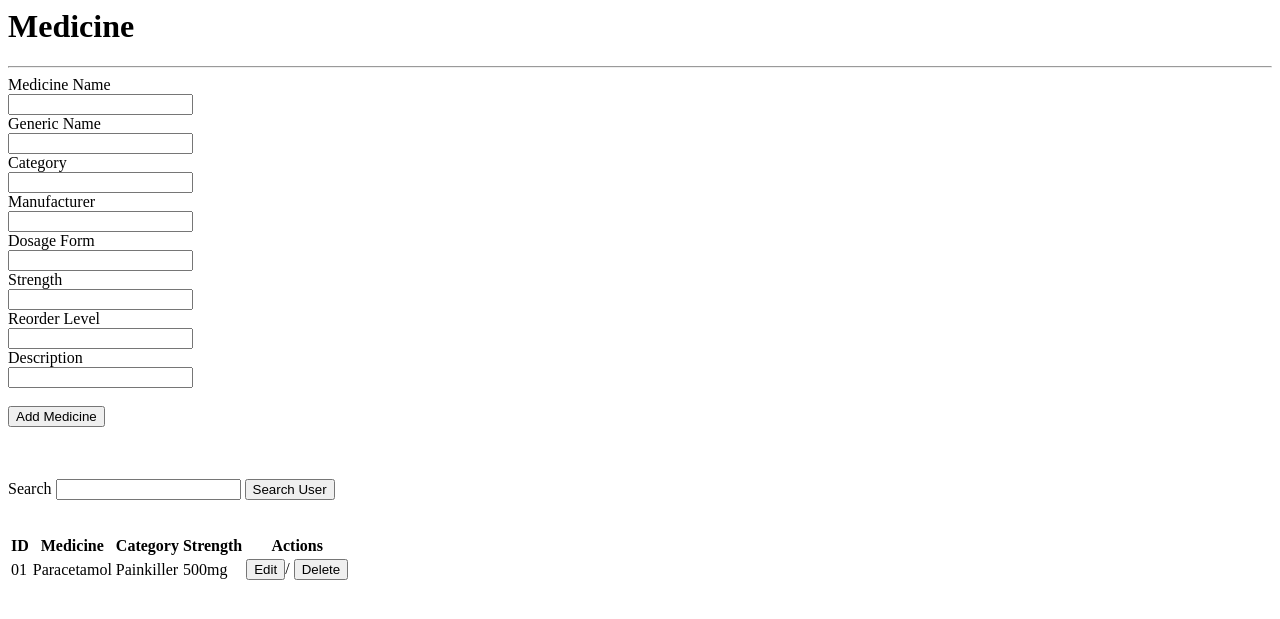
Repository: AbHiShEk200428/Medicine-Manager
Page: medicine_management.html
The author's editor kept a copy of each file at every save. The page is drawn from the files as they stood at one save, then again after the next save.
The browser window is 1280 px wide. The pictures show the whole page.

Above is the page before, as saved 2026-10-28 17:39:02.
Console error: ReferenceError: $ is not defined

### medicine_management.html

    <h1 id="Menubar_Call">Medicine</h1>
<hr>
    <form action="medicine_management.html" id="medicine_form">

    <div class="Form_sections">
        <label for="Add_Medname">Medicine Name</label><br>
        <input type="text" id="Add_Medname">
    </div>

    <div class="Form_sections">
        <label for="Add_Genname">Generic Name</label><br>
        <input type="text" id="Add_Genname">
    </div >

    <div class="Form_sections">
        <label for="Add_Category">Category</label><br>
        <input type="text" id="Add_Category">
    </div>

    <div class="Form_sections">
        <label for="Add_Manufacturer">Manufacturer</label><br>
        <input type="text" id="Add_Manufacturer">
    </div>

    <div class="Form_sections">
        <label for="Add_Dosage">Dosage Form</label><br>
        <input type="text" id="Add_Dosage">
    </div>

    <div class="Form_sections">
        <label for="Add_Strength">Strength</label><br>
        <input type="text" id="Add_Strength">
    </div>

    <div class="Form_sections">
        <label for="Add_ReorderLvL">Reorder Level</label><br>
        <input type="text" id="Add_ReorderLvL">
    </div>

    <div class="Form_sections">
        <label for="Add_Description">Description</label><br>
        <input type="text" id="Add_Description">
    </div>
<br>
    <button id="AddMed_Btn">Add Medicine</button>
    <p id="Medicine_validity"></p>
    </form>
<br>
<br>
<label for="Search_input">Search</label>
<input type="text" id="Search_input">
<button id="Search_Btn">Search User</button>
<p id="Search_validity"></p>

<br>
<table id="Medicine_table">
    <thead>
    <tr >
        <th>ID</th>
        <th>Medicine</th>
        <th>Category</th>
        <th>Strength</th>
        <th>Actions</th>
    </tr>
    </thead>
    <tbody>
        <tr>
        <td>01</td>
        <td>Paracetamol</td>
        <td>Painkiller</td>
        <td>500mg</td>
        <td><button>Edit</button>/ <button>Delete</button></td>
    </tr>
    </tbody>


</table>


<script>

$(document).ready(function(){
    let Medicine_ID=2;
    $("#AddMed_Btn").click(function(e){
        e.preventDefault();

        let MedName= document.getElementById("Add_Medname").value;
        let GenName=document.getElementById("Add_Genname").value;
        let Category= document.getElementById("Add_Category").value;
        let Manufacturer= document.getElementById("Add_Manufacturer").value;
        let Dosage= document.getElementById("Add_Dosage").value;
        let Strength= document.getElementById("Add_Strength").value;
        let Reorder= document.getElementById("Add_ReorderLvL").value;
        let Description= document.getElementById("Add_Description").value;
        var new_row=`
            <tr>
            <td>${Medicine_ID}</td>
            <td>${MedName}</td>
            <td>${Category}</td>
            <td>${Strength}</td>
            <td><button>Edit</button>/ <button>Delete</button></td>
            </tr>`;

        let Medicine_validity=document.getElementById("Medicine_validity");

    if(MedName==""||MedName==null){
        Medicine_validity.textContent="Medicine name cant be empty";
    }
    else if(GenName==""||GenName==null){
        Medicine_validity.textContent="Generic name is required";

    }

    else if(Category==""||Category==null){
        Medicine_validity.textContent="Category is required";

    }
    else if(Manufacturer==""||Manufacturer==null){
        Medicine_validity.textContent="Manufacturer is required";

    }
    else if(Dosage==""||Dosage==null){
         Medicine_validity.textContent="Dosage is required";

    }
    else if(Strength==""||Strength==null){
         Medicine_validity.textContent="Strength is required";

    }
    else if(Reorder==""||Reorder==null){
        Medicine_validity.textContent="Reorder is required";

    }
    else if(Description==""||Description==null){
        Medicine_validity.textContent="Description is required";

    }

    else{
        $("#Medicine_table tbody").append(new_row);//Add new table row
        Medicine_ID++; //Increment ID
        //Reset input field=
        MedName= document.getElementById("Add_Medname").value="";
        GenName=document.getElementById("Add_Genname").value="";
        Category= document.getElementById("Add_Category").value="";
        Manufacturer= document.getElementById("Add_Manufacturer").value="";
        Dosage= document.getElementById("Add_Dosage").value="";
        Strength= document.getElementById("Add_Strength").value="";
        Reorder= document.getElementById("Add_ReorderLvL").value="";
        Description= document.getElementById("Add_Description").value="";
    }
    });

    $("#Search_Btn").click(function(e){
            e.preventDefault();
        let Search_input=document.getElementById("Search_input").value;
        Search_input=Search_input.toLowerCase();
        if(Search_input==""||Search_input==null){
            $("#Search_validity").text("Enter in search input");
        }

            $("#Medicine_table tbody tr").each(function(){

                let row_search=$(this).text().toLowerCase();

                if(row_search.includes(Search_input)){
                    $(this).show();
                }
                else{
                    $(this).hide();
                }
            });

        });


});

</script>

After the next save:
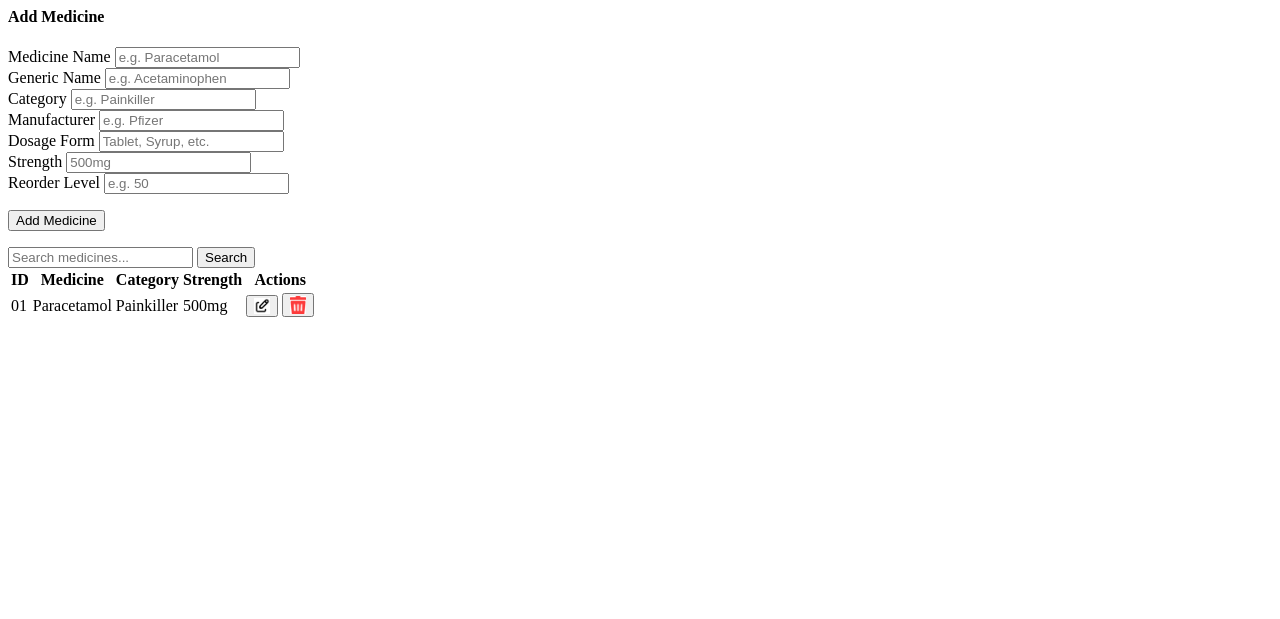
Saved 76 s later.
--- a/medicine_management.html
+++ b/medicine_management.html
@@ -1,82 +1,79 @@
+<div class="container py-3">
+    <div class="card p-4 shadow-sm mb-4">
+        <h4 class="mb-3 text-primary">Add Medicine</h4>
+        <form id="medicine_form">
+            <div class="row g-3">
+                <div class="col-md-6">
+                    <label for="Add_Medname" class="form-label fw-semibold">Medicine Name</label>
+                    <input type="text" class="form-control focus-ring" id="Add_Medname" placeholder="e.g. Paracetamol">
+                </div>
+                <div class="col-md-6">
+                    <label for="Add_Genname" class="form-label fw-semibold">Generic Name</label>
+                    <input type="text" class="form-control focus-ring" id="Add_Genname" placeholder="e.g. Acetaminophen">
+                </div>
+                <div class="col-md-4">
+                    <label for="Add_Category" class="form-label fw-semibold">Category</label>
+                    <input type="text" class="form-control focus-ring" id="Add_Category" placeholder="e.g. Painkiller">
+                </div>
+                <div class="col-md-4">
+                    <label for="Add_Manufacturer" class="form-label fw-semibold">Manufacturer</label>
+                    <input type="text" class="form-control focus-ring" id="Add_Manufacturer" placeholder="e.g. Pfizer">
+                </div>
+                <div class="col-md-4">
+                    <label for="Add_Dosage" class="form-label fw-semibold">Dosage Form</label>
+                    <input type="text" class="form-control focus-ring" id="Add_Dosage" placeholder="Tablet, Syrup, etc.">
+                </div>
+                <div class="col-md-6">
+                    <label for="Add_Strength" class="form-label fw-semibold">Strength</label>
+                    <input type="text" class="form-control focus-ring" id="Add_Strength" placeholder="500mg">
+                </div>
+                <div class="col-md-6">
+                    <label for="Add_ReorderLvL" class="form-label fw-semibold">Reorder Level</label>
+                    <input type="number" class="form-control focus-ring" id="Add_ReorderLvL" placeholder="e.g. 50">
+                </div>
+            </div>
 
-    <h1 id="Menubar_Call">Medicine</h1>
-<hr>
-    <form action="medicine_management.html" id="medicine_form">
+            <p id="Medicine_validity" class="text-danger small mt-2 mb-3 text-center"></p>
 
-    <div class="Form_sections">
-        <label for="Add_Medname">Medicine Name</label><br>
-        <input type="text" id="Add_Medname">
+            <div class="d-grid gap-2 col-md-6 mx-auto">
+                <button type="button" class="btn btn-primary rounded-pill" id="AddMed_Btn">Add Medicine</button>
+            </div>
+        </form>
     </div>
 
-    <div class="Form_sections">
-        <label for="Add_Genname">Generic Name</label><br>
-        <input type="text" id="Add_Genname">
-    </div >
-
-    <div class="Form_sections">
-        <label for="Add_Category">Category</label><br>
-        <input type="text" id="Add_Category">
+    <!-- Search Box -->
+    <div class="input-group mb-4 col-md-6 mx-auto">
+        <input type="search" id="med_search_input" class="form-control form-control-lg focus-ring" placeholder="Search medicines...">
+        <button id="med_search_btn" class="btn btn-info">Search</button>
     </div>
 
-    <div class="Form_sections">
-        <label for="Add_Manufacturer">Manufacturer</label><br>
-        <input type="text" id="Add_Manufacturer">
+    <!-- Table -->
+    <div class="table-responsive">
+        <table id="Medicine_table" class="table table-hover text-center text-nowrap table-bordered align-middle">
+            <thead class="table-dark">
+                <tr>
+                    <th scope="col">ID</th>
+                    <th scope="col">Medicine</th>
+                    <th scope="col">Category</th>
+                    <th scope="col">Strength</th>
+                    <th scope="col">Actions</th>
+                </tr>
+            </thead>
+            <tbody>
+                <tr>
+                    <td>01</td>
+                    <td>Paracetamol</td>
+                    <td>Painkiller</td>
+                    <td>500mg</td>
+                    <td>
+                        <button class="btn btn-sm btn-light border"><img src="images/edit.png" width="16" /></button>
+                        <button class="btn btn-sm btn-light border"><img src="images/trash.png" width="16" /></button>
+                    </td>
+                </tr>
+            </tbody>
+        </table>
     </div>
-
-    <div class="Form_sections">
-        <label for="Add_Dosage">Dosage Form</label><br>
-        <input type="text" id="Add_Dosage">
-    </div>
-
-    <div class="Form_sections">
-        <label for="Add_Strength">Strength</label><br>
-        <input type="text" id="Add_Strength">
-    </div>
-
-    <div class="Form_sections">
-        <label for="Add_ReorderLvL">Reorder Level</label><br>
-        <input type="text" id="Add_ReorderLvL">
-    </div>
-
-    <div class="Form_sections">
-        <label for="Add_Description">Description</label><br>
-        <input type="text" id="Add_Description">
-    </div>
-<br>
-    <button id="AddMed_Btn">Add Medicine</button>
-    <p id="Medicine_validity"></p>
-    </form>
-<br>
-<br>
-<label for="Search_input">Search</label>
-<input type="text" id="Search_input">
-<button id="Search_Btn">Search User</button>
-<p id="Search_validity"></p>
-
-<br>
-<table id="Medicine_table">
-    <thead>
-    <tr >
-        <th>ID</th>
-        <th>Medicine</th>
-        <th>Category</th>
-        <th>Strength</th>
-        <th>Actions</th>
-    </tr>
-    </thead>
-    <tbody>
-        <tr>
-        <td>01</td>
-        <td>Paracetamol</td>
-        <td>Painkiller</td>
-        <td>500mg</td>
-        <td><button>Edit</button>/ <button>Delete</button></td>
-    </tr>
-    </tbody>
-
-
-</table>
-
+</div>
 
 <script>
 
@@ -152,12 +149,12 @@ $(document).ready(function(){
     }
     });
 
-    $("#Search_Btn").click(function(e){
+    $("#med_search_btn").click(function(e){
             e.preventDefault();
-        let Search_input=document.getElementById("Search_input").value;
+        let Search_input=document.getElementById("med_search_input").value;
         Search_input=Search_input.toLowerCase();
         if(Search_input==""||Search_input==null){
-            $("#Search_validity").text("Enter in search input");
+            $("#med_search_validity").text("Enter in search input");
         }
 
             $("#Medicine_table tbody tr").each(function(){
